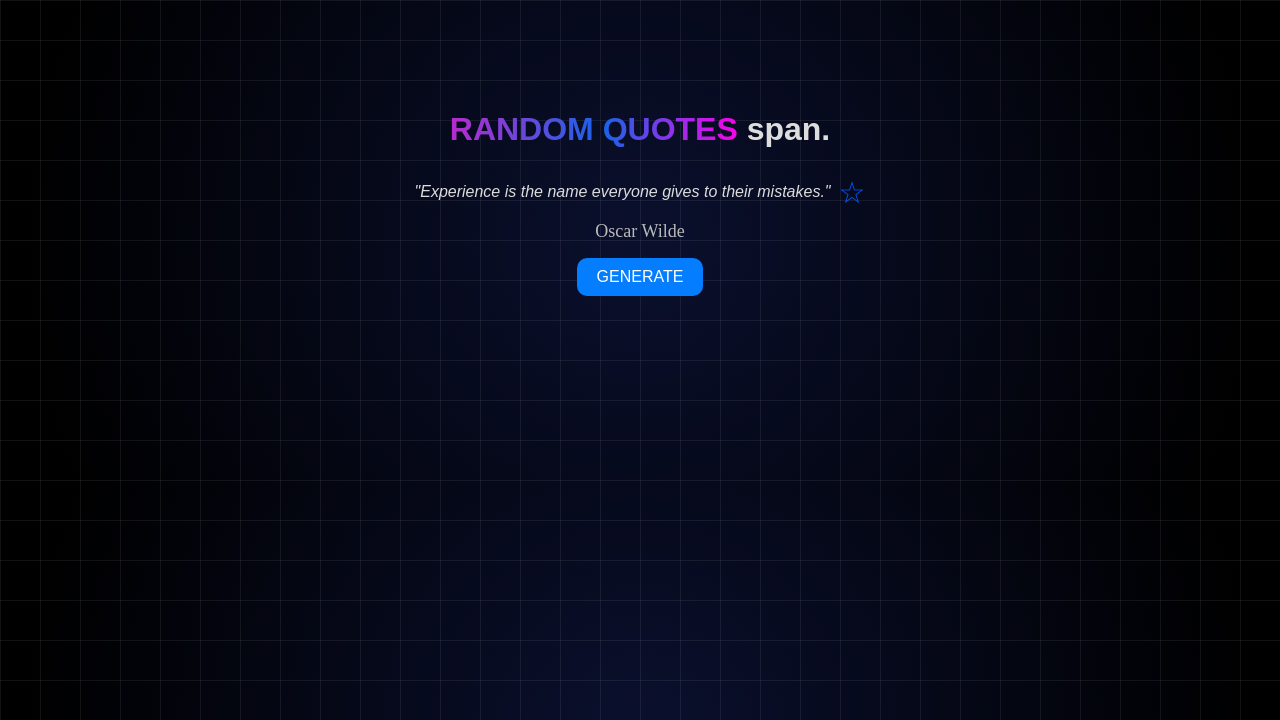
Repository: Adel-la/random-quotes
Page: index.html
These files come from the project's save history. The page is drawn as it stood at one moment and after the next save; the edit follows.
The browser window is 1280 px wide. The pictures show the whole page.

Above is the page before, as saved 2025-06-26 22:27:15.

### index.html
<!DOCTYPE html>
<html lang="ru">
<head>
  <meta charset="UTF-8" />
  <title>Random Quotes</title>
  <link rel="stylesheet" href="styles.css" />
</head>
<body>
  <main class="main">
    <h1 class="h1-title"> <span class="special-text">RANDOM QUOTES</span> span.</h1>
    <div class="quote-container">
      <p id="quote" class="quote"></p>
      <button id="favorite" class="favorite">☆</button>
    </div>
    <p id="author" class="quote-author"></p>
    <button id="generate" class="btn">GENERATE</button>

    <div id="favorites-container" class="favorites-container"></div>
  </mainс>
  <script type="module" src="main.js"></script>
</body>
</html>

### styles.css

body {
  font-family: Arial, sans-serif;
  color: aliceblue;
  box-sizing: border-box;
  margin: 0;
  padding: 20px;
}

.favorites-container{
  max-width: 600px;
  margin: 50px auto;
  text-align: center;
}

.btn{
  padding: 10px 20px;
  font-size: 16px;
  background-color: #047dff;
  color: #fff;
  border: none;
  cursor: pointer;
  border-radius: 10px;
  margin-top: 10px;
  transition: background-color 0.3s ease;
}

.btn:hover{
  background-color: #004691;
  transform: scale(1.1);
  transition: 0.2s;
}

.paragraph{
  background-color: #111111;
  border-radius: 5px;
  width: fit-content;
  padding: 5px;
  text-align: center;
  margin: 2px auto;
}

#quote::before,
#quote::after{
  content: '"';
}

.quote-container {
  display: inline-flex;
  align-items: center;
  justify-content: center;
  margin: 0 auto;
  border-radius: 5px;
  padding: 5px 10px;
}

/* Убираем фон из quote, чтобы весь блок (цитата + звезда) имел один фон */
.quote {
  margin: 0;
  padding: 0;
  font-style: italic;
  display: inline;
}

/* Звездочка вплотную к цитате */
.favorite {
  color: rgb(0, 89, 255);
  background-color: transparent;
  font-size: 30px;
  border: none;
  margin-left: 8px;
  cursor: pointer;
  padding: 0;
}

.favorite-card {
  border: 1px solid #333;
  border-left: 5px solid #047dff;
  padding: 12px 16px;
  margin: 12px ;
  border-radius: 12px;
  box-shadow: 0 2px 10px rgba(4, 125, 255, 0.1);
  transition: transform 0.2s ease, box-shadow 0.2s ease;
  position: relative;
  width: 225px;
  text-align: start;
  flex-shrink: 0;

}

.favorites-container {
  display: flex;
  flex-wrap: wrap;
  justify-content: center;
  gap: 10px;
}
.favorite-card:hover {
  transform: scale(1.02);
  box-shadow: 0 4px 15px rgba(4, 125, 255, 0.25);
}

.favorite-card .favorite-quote {
  font-style: italic;
  font-size: 16px;
  color: #ffffff;
  margin-bottom: 8px;
}

.favorite-card .quote-author {
  font-size: 14px;
  color: #bbbbbb;
  text-align: right;
}

.delete-btn {
  position: absolute;
  top: 0;
  right: 0;
  border: none;
  border-radius: 5px;
  color: white;
  background-color: transparent;
  cursor: pointer;
}

.delete-btn:hover {
  font-size: 15px;
  transition: 0.5s;
}

.quote-author{
  margin: 1px auto;
  width: fit-content;
  font-size: large;
  padding: 5px 15px;
  border-radius: 5px;
  font-family:'Times New Roman', Times, serif;
  color: #bababa;
}

.main{
  text-align: center;
  position: relative;
  border-radius: 12px;
  padding: 20px;
  margin: 50px auto;
  max-width: 600px;
  z-index: 1;
}

body {
  background: radial-gradient(circle at center, #0a0f2c 0%, #0a0f2c 4%, #000000 90%);

  position: relative;
  overflow: hidden;
  color: #ddd;
}

/* Тонкая светлая сетка */
body::before {
  content: "";
  position: fixed;
  top: 0; left: 0; right: 0; bottom: 0;
  background-image:
    linear-gradient(rgba(255,255,255,0.07) 1px, transparent 1px),
    linear-gradient(90deg, rgba(255,255,255,0.07) 1px, transparent 1px);
  background-size: 40px 40px;
  pointer-events: none;
  z-index: 0;
}


.special-text{
   font-weight: bold;
  font-size: 32px;
  background: linear-gradient(90deg, rgba(183, 43, 204, 1) 0%, rgba(23, 100, 232, 1) 53%, rgb(252, 2, 235) 100%);
  -webkit-background-clip: text;
  -webkit-text-fill-color: transparent;
}

### main.js
import quotes from './src/data/quotes.js';
import { generateAndDisplayQuote } from './src/handlers/quote.js';
import {
  generateBtn,
} from './src/ui/dom.js';




// Показать первую цитату сразу при загрузке страницы
generateAndDisplayQuote(quotes);

// Кнопка "Сгенерировать цитату"
generateBtn.addEventListener('click', () => {
  generateAndDisplayQuote(quotes);
});

### src/data/quotes.js
// Quotes array with English programming quotes and initial favorite = false
import { setQuoteId } from "../handlers/utils.js";
const quotes = [
  {
    text: "Code is like humor. When you have to explain it, it’s bad.",
    author: "Cory House",
    isFavorite: false,
  },
  {
    text: "First, solve the problem. Then, write the code.",
    author: "John Johnson",
    isFavorite: false,
  },
  {
    text: "Experience is the name everyone gives to their mistakes.",
    author: "Oscar Wilde",
    isFavorite: false,
  },
  {
    text: "In order to be irreplaceable, one must always be different.",
    author: "Coco Chanel",
    isFavorite: false,
  },
  {
    text: "Java is to JavaScript what car is to Carpet.",
    author: "Chris Heilmann",
    isFavorite: false,
  },
  {
    text: "Simplicity is the soul of efficiency.",
    author: "Austin Freeman",
    isFavorite: false,
  },
  {
    text: "Code never lies, comments sometimes do.",
    author: "Ron Jeffries",
    isFavorite: false,
  },
  {
    text: "Programming isn’t about what you know; it’s about what you can figure out.",
    author: "Chris Pine",
    isFavorite: false,
  },
  {
    text: "Make it work, make it right, make it fast.",
    author: "Kent Beck",
    isFavorite: false,
  },
  {
    text: "Any fool can write code that a computer can understand. Good programmers write code that humans can understand.",
    author: "Martin Fowler",
    isFavorite: false,
  }
];

setQuoteId(quotes)
export default quotes;

### src/handlers/quote.js
import { chooseRandomQuote } from './utils.js';
import { setRandomQuote } from '../core/state.js';
import { showQuote } from '../ui/index.js';
import { quoteElement, authorElement, favoriteBtn } from '../ui/dom.js';

// Функция генерации и отображения случайной цитаты
export function generateAndDisplayQuote(quotes) {
  const quote = chooseRandomQuote(quotes);
  setRandomQuote(quote);
  showQuote(quote, quoteElement, authorElement, favoriteBtn);
}

### src/ui/dom.js
export const quoteElement = document.getElementById('quote');
export const authorElement = document.getElementById('author');
export const generateBtn = document.getElementById('generate');
export const favoriteBtn = document.getElementById('favorite');
export const favoritesContainer = document.getElementById('favorites-container');

### src/handlers/utils.js
// Генерация уникального 8-символьного hex ID (буквы и цифры)
 function generateHexId() {
  return Math.floor(Math.random() * 0xffffffff)
    .toString(16)
    .padStart(8, '0');
}

export function setQuoteId(quotes) {
  quotes.forEach(quote => {
    if (!quote.id) {
      quote.id = generateHexId();
    }
  });
}

// Функция выбора случайной цитаты из массива
export function chooseRandomQuote(quotes) {
  const index = Math.floor(Math.random() * quotes.length);
  return quotes[index];
}

### src/core/state.js
import { chooseRandomQuote } from '../handlers/utils.js';
import quotes from '../data/quotes.js';

let currentQuote = null;

// Функция для получения текущей цитаты
export function getRandomQuote() {
  if (!currentQuote) {
    currentQuote = chooseRandomQuote(quotes);
  }
  return currentQuote;
}

// Устанавливаем текущую цитату
export function setRandomQuote(quote) {
  currentQuote = quote;
}

### src/ui/index.js
import { updateFavoriteButton } from '../handlers/favorites.js';

// Функция для отображения цитаты и автора на странице
export function showQuote(quote, quoteElement, authorElement, favoriteBtn) {
  if (!quote) return;

  const { text, author, isFavorite } = quote;

  quoteElement.textContent = text;
  authorElement.textContent = author ? ` ${author}` : ' Unknown';

  updateFavoriteButton(isFavorite, favoriteBtn);
}

### src/handlers/favorites.js
import { favoritesContainer, favoriteBtn } from '../ui/dom.js';
import quotes from '../data/quotes.js';
import { getRandomQuote } from '../core/state.js';
import { setQuoteId } from './utils.js';


// Создаём карточку избранной цитаты и добавляем в контейнер
export function addFavoriteCard(quoteObj, container) {
  const card = document.createElement('div');
  card.id = quoteObj.id;
  card.classList.add('favorite-card');

  card.innerHTML = `
      <button class="delete-btn">🗑</button>
      <p class="favorite-quote">${quoteObj.text}</p>
      <span class="quote-author">– ${quoteObj.author}</span>
    `;

  container.appendChild(card);
}

// Удаляем карточку цитаты из избранного
export function removeCardOfFavorite(container, quote) {
  const cards = container.querySelectorAll('.favorite-card');
  cards.forEach((card) => {
    if (card.id === quote.id) {
      card.remove();
    }
  });
}

// Обновляем кнопку избранного (звёздочку)
export function updateFavoriteButton(isFavorite, button) {
  button.textContent = isFavorite ? '★' : '☆';
}

// Обработчик клика по кнопке удаления на карточке
export function handleDeleteClick(event, container, quotes, favoriteButton) {
  if (!event.target.classList.contains('delete-btn')) return;

  const card = event.target.closest('.favorite-card');
  if (!card) return;

  const quoteObj = quotes.find((q) => q.id === card.id);
  if (!quoteObj) return;

  console.log(quoteObj.id, card.id)
  if (card.id === getRandomQuote().id) {
    updateFavoriteButton(false, favoriteButton);
  }
  quoteObj.isFavorite = false;

  card.remove();
}

// Переключение состояния избранного цитаты
export function toggleFavorite(quote, container, button) {
  quote.isFavorite = !quote.isFavorite;
  updateFavoriteButton(quote.isFavorite, button);

  if (quote.isFavorite) {
    addFavoriteCard(quote, container);
  } else {
    removeCardOfFavorite(container, quote);
  }
}

// Настройка обработчиков избранного (звёздочка и удаление карточек)
export function setupFavoriteHandlers(favoritesContainer, favoriteBtn, quotes) {
  favoriteBtn.addEventListener('click', () => {
    const quote = getRandomQuote();
    if (!quote) return;
    toggleFavorite(quote, favoritesContainer, favoriteBtn);
  });

  favoritesContainer.addEventListener('click', (event) => {
    handleDeleteClick(event, favoritesContainer, quotes, favoriteBtn);
  });
}

// Инициализация обработчиков
setupFavoriteHandlers(favoritesContainer, favoriteBtn, quotes);

After the next save:
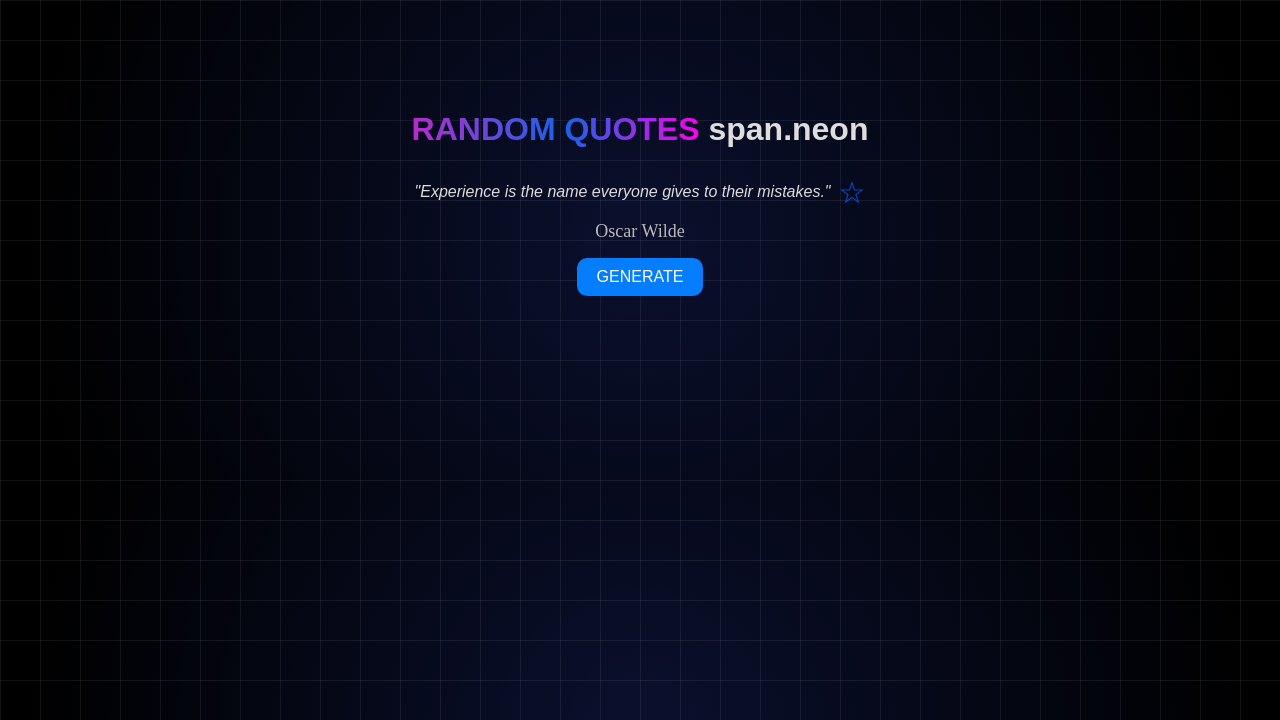
Saved 4 s later.
--- a/index.html
+++ b/index.html
@@ -7,7 +7,7 @@
 </head>
 <body>
   <main class="main">
-    <h1 class="h1-title"> <span class="special-text">RANDOM QUOTES</span> span.</h1>
+    <h1 class="h1-title"> <span class="special-text">RANDOM QUOTES</span> span.neon</h1>
     <div class="quote-container">
       <p id="quote" class="quote"></p>
       <button id="favorite" class="favorite">☆</button>
